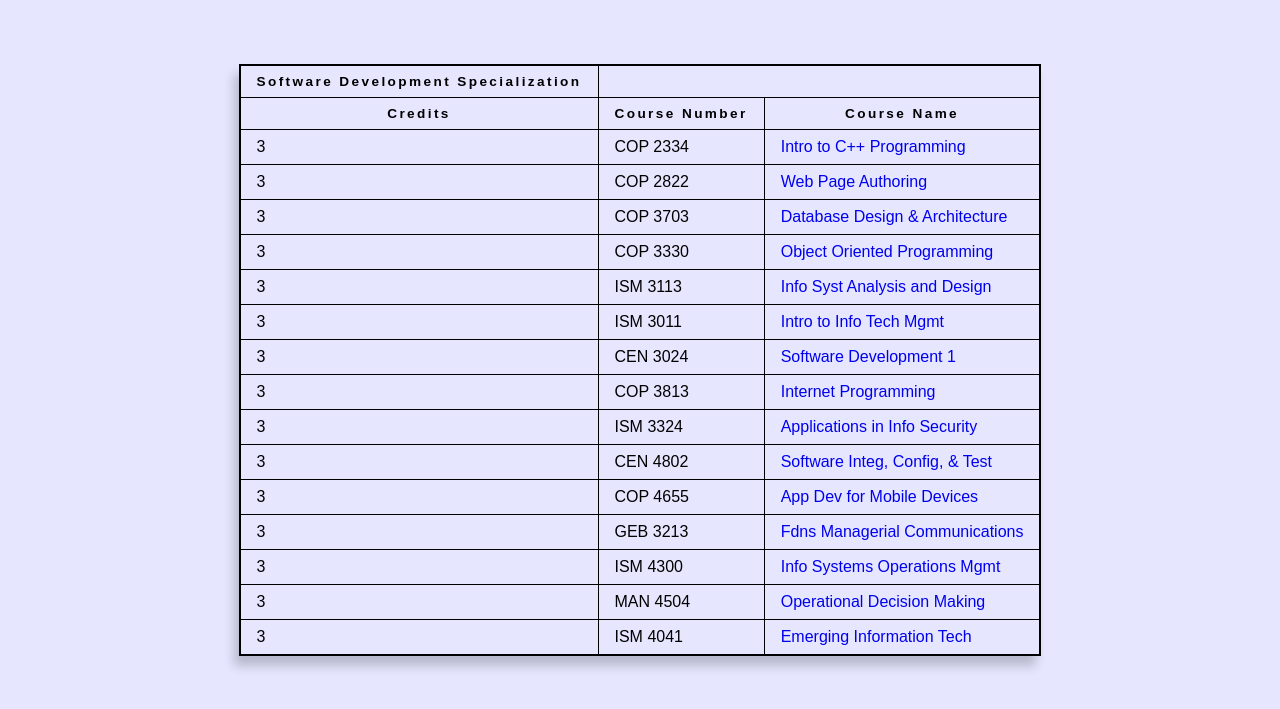
Repository: mlmEFSC21/P5-DegreeTableStyling
Page: FormattedProgramSpecialization3.html
An editor plug-in stored every save of this project. The page is shown before and after the next save, followed by the edit.
The browser window is 1280 px wide. The pictures show the whole page.
Some web fonts or font styles are not loaded; a fallback is used.

Above is the page before, as saved 2022-02-07 15:26:07.

### FormattedProgramSpecialization3.html
<!DOCTYPE html>
<html lang="en">
    <head>
        <meta charset="UTF-8" />
        <meta http-equiv="X-UA-Compatible" content="IE=edge" />
        <meta name="viewport" content="width=device-width, initial-scale=1.0" />
        <link rel="stylesheet" href="tableStyles.css" />
        <title>Degree Specialization Table</title>
    </head>
    <body>
        <table>
            <thead>
                <tr class="tableTitle">
                    <th>Software Development Specialization</th>
                </tr>
                <tr class="colTitles">
                    <th>Credits</th>
                    <th>Course Number</th>
                    <th>Course Name</th>
                </tr>
            </thead>
            <tbody>
                <tr>
                    <td>3</td>
                    <td>COP 2334</td>
                    <td>
                        <a
                            href="https://bannerweb.easternflorida.edu/prod/bwckctlg.p_disp_course_detail?cat_term_in=202210&subj_code_in=COP&crse_numb_in=2334"
                            >Intro to C++ Programming</a
                        >
                    </td>
                </tr>
                <tr>
                    <td>3</td>
                    <td>COP 2822</td>
                    <td>
                        <a
                            href="https://bannerweb.easternflorida.edu/prod/bwckctlg.p_disp_course_detail?cat_term_in=202210&subj_code_in=COP&crse_numb_in=2822"
                            >Web Page Authoring</a
                        >
                    </td>
                </tr>
                <tr>
                    <td>3</td>
                    <td>COP 3703</td>
                    <td>
                        <a
                            href="https://bannerweb.easternflorida.edu/prod/bwckctlg.p_disp_course_detail?cat_term_in=202210&subj_code_in=COP&crse_numb_in=3703"
                            >Database Design & Architecture</a
                        >
                    </td>
                </tr>
                <tr>
                    <td>3</td>
                    <td>COP 3330</td>
                    <td>
                        <a
                            href="https://bannerweb.easternflorida.edu/prod/bwckctlg.p_disp_course_detail?cat_term_in=202210&subj_code_in=COP&crse_numb_in=3330"
                            >Object Oriented Programming</a
                        >
                    </td>
                </tr>
                <tr>
                    <td>3</td>
                    <td>ISM 3113</td>
                    <td>
                        <a
                            href="https://bannerweb.easternflorida.edu/prod/bwckctlg.p_disp_course_detail?cat_term_in=202210&subj_code_in=ISM&crse_numb_in=3113"
                            >Info Syst Analysis and Design</a
                        >
                    </td>
                </tr>
                <tr>
                    <td>3</td>
                    <td>ISM 3011</td>
                    <td>
                        <a
                            href="https://bannerweb.easternflorida.edu/prod/bwckctlg.p_disp_course_detail?cat_term_in=202210&subj_code_in=ISM&crse_numb_in=3011"
                            >Intro to Info Tech Mgmt</a
                        >
                    </td>
                </tr>
                <tr>
                    <td>3</td>
                    <td>CEN 3024</td>
                    <td>
                        <a
                            href="https://bannerweb.easternflorida.edu/prod/bwckctlg.p_disp_course_detail?cat_term_in=202210&subj_code_in=CEN&crse_numb_in=3024"
                            >Software Development 1</a
                        >
                    </td>
                </tr>
                <tr>
                    <td>3</td>
                    <td>COP 3813</td>
                    <td>
                        <a
                            href="https://bannerweb.easternflorida.edu/prod/bwckctlg.p_disp_course_detail?cat_term_in=202210&subj_code_in=COP&crse_numb_in=3813"
                            >Internet Programming</a
                        >
                    </td>
                </tr>
                <tr>
                    <td>3</td>
                    <td>ISM 3324</td>
                    <td>
                        <a
                            href="https://bannerweb.easternflorida.edu/prod/bwckctlg.p_disp_course_detail?cat_term_in=202210&subj_code_in=ISM&crse_numb_in=3324"
                            >Applications in Info Security</a
                        >
                    </td>
                </tr>
                <tr>
                    <td>3</td>
                    <td>CEN 4802</td>
                    <td>
                        <a
                            href="https://bannerweb.easternflorida.edu/prod/bwckctlg.p_disp_course_detail?cat_term_in=202210&subj_code_in=CEN&crse_numb_in=4802"
                            >Software Integ, Config, & Test</a
                        >
                    </td>
                </tr>
                <tr>
                    <td>3</td>
                    <td>COP 4655</td>
                    <td>
                        <a
                            href="https://bannerweb.easternflorida.edu/prod/bwckctlg.p_disp_course_detail?cat_term_in=202210&subj_code_in=COP&crse_numb_in=4655"
                            >App Dev for Mobile Devices</a
                        >
                    </td>
                </tr>
                <tr>
                    <td>3</td>
                    <td>GEB 3213</td>
                    <td>
                        <a
                            href="https://bannerweb.easternflorida.edu/prod/bwckctlg.p_disp_course_detail?cat_term_in=202210&subj_code_in=GEB&crse_numb_in=3213"
                            >Fdns Managerial Communications</a
                        >
                    </td>
                </tr>
                <tr>
                    <td>3</td>
                    <td>ISM 4300</td>
                    <td>
                        <a
                            href="https://bannerweb.easternflorida.edu/prod/bwckctlg.p_disp_course_detail?cat_term_in=202210&subj_code_in=ISM&crse_numb_in=4300"
                            >Info Systems Operations Mgmt</a
                        >
                    </td>
                </tr>
                <tr>
                    <td>3</td>
                    <td>MAN 4504</td>
                    <td>
                        <a
                            href="https://bannerweb.easternflorida.edu/prod/bwckctlg.p_disp_course_detail?cat_term_in=202210&subj_code_in=MAN&crse_numb_in=4504"
                            >Operational Decision Making</a
                        >
                    </td>
                </tr>
                <tr>
                    <td>3</td>
                    <td>ISM 4041</td>
                    <td>
                        <a
                            href="https://bannerweb.easternflorida.edu/prod/bwckctlg.p_disp_course_detail?cat_term_in=202210&subj_code_in=ISM&crse_numb_in=4041"
                            >Emerging Information Tech</a
                        >
                    </td>
                </tr>
            </tbody>
        </table>
    </body>
</html>

### tableStyles.css
@import url("https://fonts.googleapis.com/css2?family=Spectral:wght@400&display=swap");

:root {
    --clr-prime: #003c5e;
    --clr-second: #1a2028;
    --clr-accent: #8fb500;
    --clr-font-prime: #5b8ead;
    --clr-font-second: black;
    --clr-background: #e6e6ff;
}
*,
*::before,
*::after {
    margin: 0;
    padding: 0;
    box-sizing: border-box;
}
body {
    font-family: Spectral, sans-serif;
    height: 100vh;
    display: grid;
    align-items: center;
    justify-content: center;
    background-color: var(--clr-background);
}
caption {
    letter-spacing: 0.15rem;
    font-weight: 900;
}
table {
    border-collapse: collapse;
    box-shadow: -5px 10px 10px rgba(0, 0, 0, 0.2);
    border: 2px solid black;
    padding: 0.25rem;
}
thead {
    letter-spacing: 0.15rem;
    font-size: 0.85rem;
    font-weight: 900;
}
th {
    border: 1px solid black;
    padding: 0.5rem 1rem;
}
tr .tableTitle {
    column-span: all;
}
td {
    border: 1px solid black;
    padding: 0.5rem 1rem;
    align-items: center;
    justify-content: center;
}
a {
    text-decoration: none;
}
a:hover {
    color: var(--clr-prime);
    text-decoration: underline;
}

After the next save:
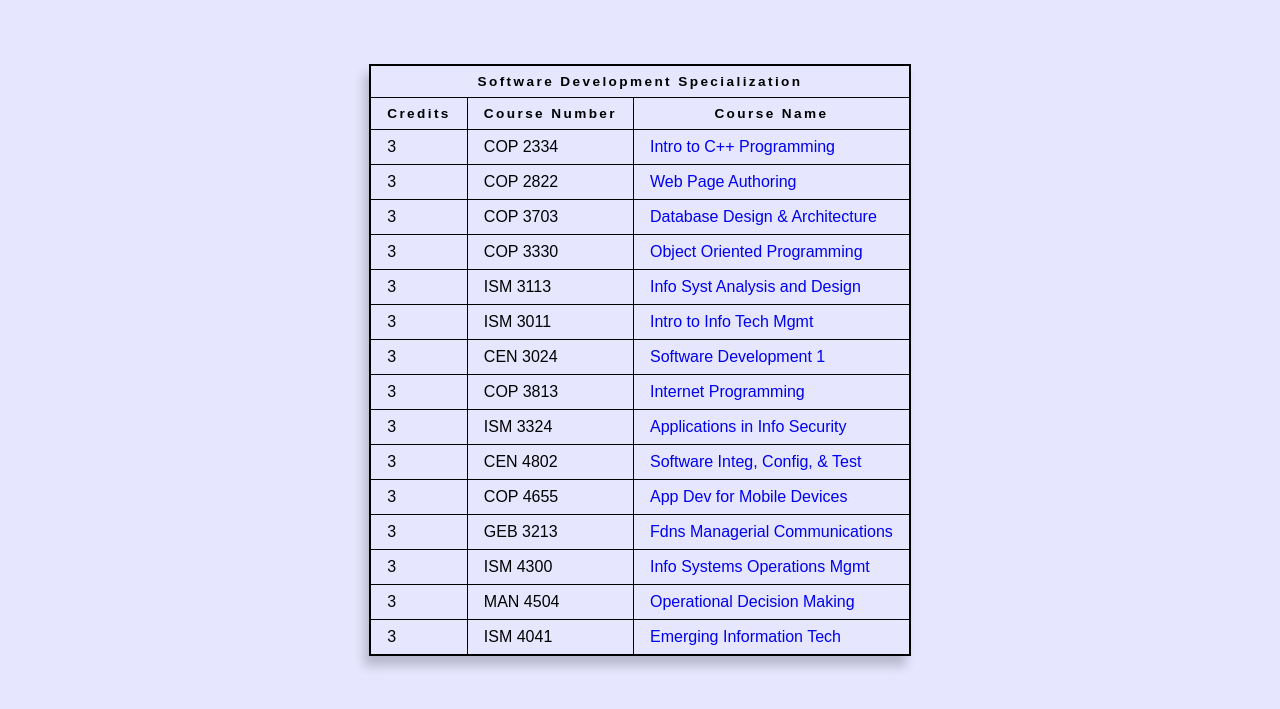
Saved 2 min 6 s later.
--- a/FormattedProgramSpecialization3.html
+++ b/FormattedProgramSpecialization3.html
@@ -11,7 +11,7 @@
         <table>
             <thead>
                 <tr class="tableTitle">
-                    <th>Software Development Specialization</th>
+                    <th colspan="3">Software Development Specialization</th>
                 </tr>
                 <tr class="colTitles">
                     <th>Credits</th>
